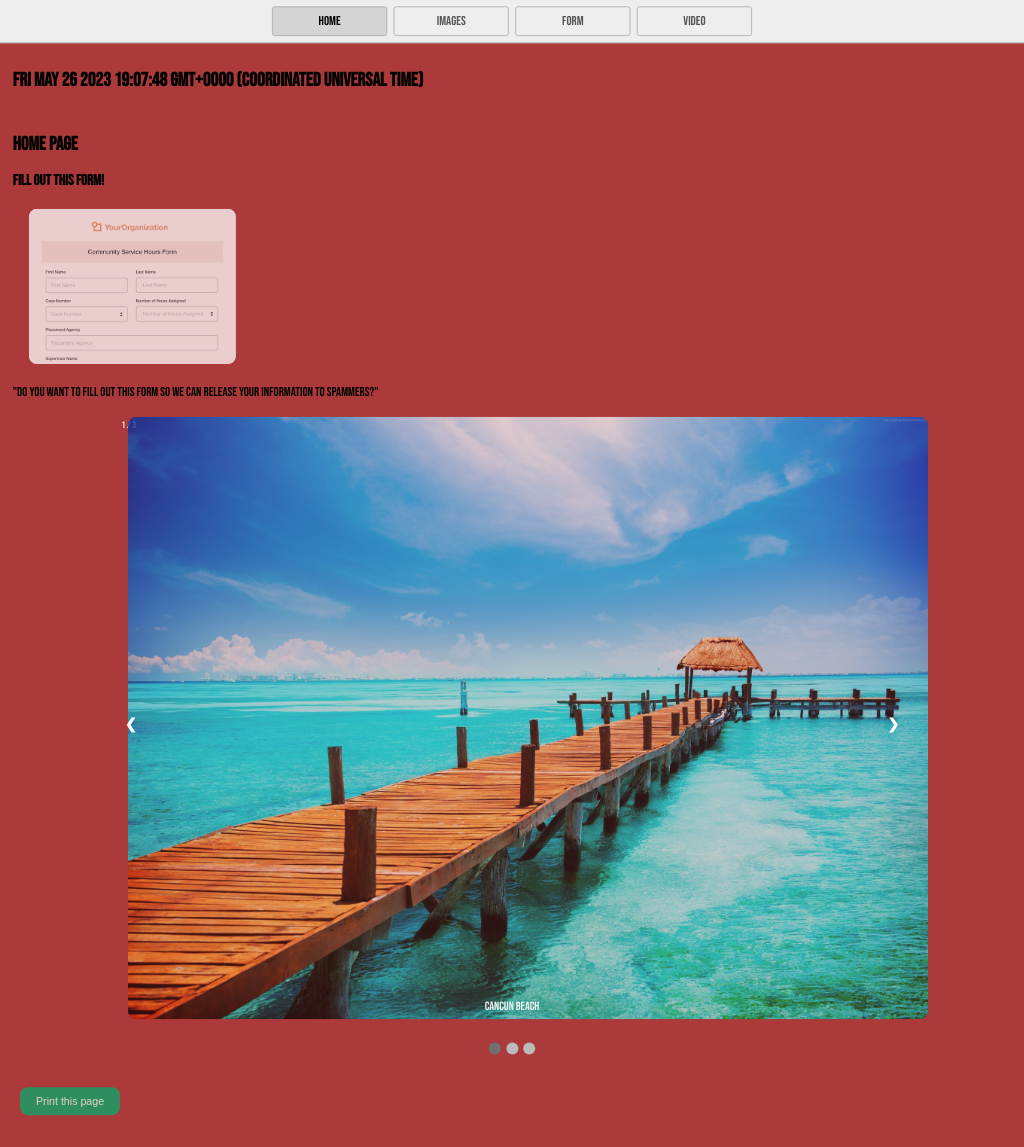
Repository: sebas6292/palmTree-Final
Page: Home.html
The author's editor kept a copy of each file at every save. The page is drawn from the files as they stood at one save, then again after the next save.
The browser window is 1280 px wide. The pictures show the whole page, at 80% of full size.

Above is the page before, as saved 2023-06-03 16:12:09.

### Home.html
<!DOCTYPE html>
<html lang="en">
  <head>
    <title>Jeff's Final</title>
    <meta charset=" UTF-8" />
    <meta name="viewport" content="width=device-width" />
  <link rel="icon" href="/Assets/favicon.jpg" type="image/x-icon">
    <link rel="preconnect" href="https://fonts.googleapis.com">
    <link rel="preconnect" href="https://fonts.gstatic.com" crossorigin>
    <link href="https://fonts.googleapis.com/css2?family=Bebas+Neue&display=swap" rel="stylesheet">
    <link rel="stylesheet" href="styles.css" />
    <script type="module" src="script.js"></script>
  </head>
  <body>
    <nav>
      <a href="/Home.html" aria-current="page">Home</a>
      <a href="/Images.html">Images</a>
      <a href="/Form.html">Form</a>
      <a href="/Video.html">Video</a>
    </nav>
    <main>
      <h1 id="currentDate">

      </h1>

        <br>
      <h1>Home page</h1>
      <div>
        <h3>Fill out this Form!</h3>
        <a
          href="/Form.html"
        >
          <img src="./Assets/form.png" />
        </a>
        <p>"Do you want to fill out this form so we can release your information to spammers?"</p>
      </div>
      <!-- Slideshow container -->
<div class="slideshow-container">

  <!-- Full-width images with number and caption text -->
  <div class="mySlides fade">
    <div class="numbertext">1 / 3</div>
    <img src="/Assets/CancunBeach.jpeg" style="width:100%">
    <div class="text">Cancun Beach</div>
  </div>

  <div class="mySlides fade">
    <div class="numbertext">2 / 3</div>
    <img src="/Assets/PhilipinesBeach.jpeg" style="width:100%">
    <div class="text">Philipines Beach</div>
  </div>

  <div class="mySlides fade">
    <div class="numbertext">3 / 3</div>
    <img src="/Assets/FijiBeach.jpeg" style="width:100%">
    <div class="text">Fiji Beach</div>
  </div>

  <!-- Next and previous buttons -->
  <a class="prev" onclick="plusSlides(-1)">&#10094;</a>
  <a class="next" onclick="plusSlides(1)">&#10095;</a>
</div>
<br>

<!-- The dots/circles -->
<div style="text-align:center">
  <span class="dot" onclick="currentSlide(1)"></span>
  <span class="dot" onclick="currentSlide(2)"></span>
  <span class="dot" onclick="currentSlide(3)"></span>
</div>
    </main>
    <button onclick="window.print()">Print this page</button>
  </body>
</html>

### styles.css
* {
    box-sizing: border-box;
  }

/* Slideshow container */
.slideshow-container {
  max-width: 1000px;
  position: relative;
  margin: auto;
}

/* Hide the images by default */
.mySlides {
  display: none;
}

/* Next & previous buttons */
.prev, .next {
  cursor: pointer;
  position: absolute;
  top: 50%;
  width: auto;
  margin-top: -22px;
  padding: 16px;
  color: white;
  font-weight: bold;
  font-size: 18px;
  transition: 0.6s ease;
  border-radius: 0 3px 3px 0;
  user-select: none;
}

/* Position the "next button" to the right */
.next {
  right: 0;
  border-radius: 3px 0 0 3px;
}

/* On hover, add a black background color with a little bit see-through */
.prev:hover, .next:hover {
  background-color: rgba(0,0,0,0.8);
}

/* Caption text */
.text {
  color: #f2f2f2;
  font-size: 15px;
  padding: 8px 12px;
  position: absolute;
  bottom: 8px;
  width: 100%;
  text-align: center;
}

/* Number text (1/3 etc) */
.numbertext {
  color: #f2f2f2;
  font-size: 12px;
  padding: 8px 12px;
  position: absolute;
  top: 0;
}

/* The dots/bullets/indicators */
.dot {
  cursor: pointer;
  height: 15px;
  width: 15px;
  margin: 0 2px;
  background-color: #bbb;
  border-radius: 50%;
  display: inline-block;
  transition: background-color 0.6s ease;
}

.active, .dot:hover {
  background-color: #717171;
}

/* Fading animation */
.fade {
  animation-name: fade;
  animation-duration: 1.5s;
}

@keyframes fade {
  from {opacity: .4}
  to {opacity: 1}
}


  body {
    margin: 0;
    font-family: 'Bebas Neue', sans-serif;
    color: black;
    background-color: white;
  }
  @keyframes body {
    0%   {background-color: white;}
    25%  {background-color: brown}
    50%  {background-color: purple;}
    100% {background-color: black;}
  }
  body {
    background-color: white;
    animation-name: body;
    animation-duration: 30s;
  }

  nav {
    display: flex;
    flex-wrap: wrap;
    align-items: center;
    justify-content: center;
    padding: 0.5rem;
    gap: 0.5rem;
    border-bottom: solid 1px #aaa;
    background-color: #eee;
  }

  nav a {
    display: inline-block;
    min-width: 9rem;
    padding: 0.5rem;
    border-radius: 0.2rem;
    border: solid 1px #aaa;
    text-align: center;
    text-decoration: none;
    color: #555;
  }

  nav a[aria-current='page'] {
    color: #000;
    background-color: #d4d4d4;
  }

  main {
    padding: 1rem;
  }

  h1 {
    font-weight: bold;
    font-size: 1.5rem;
  }
  .form-title {
    margin-left: 57px;
    color: whitesmoke;
    padding-top: 15px;
  }

  .bg-img {
    background-image: url('/Assets/pier2.jpeg');
    height: 500px;
    border-radius: 10px;
  }

  .form-container {
    position: absolute;
    margin: 0 0 0 40px;
    max-width: 400px;
    padding: 24px;
    background-color: whitesmoke;
    border-radius: 10px;
  }
  input[type=text], input[type=password], input[id=comment] {
    width: 100%;
    padding: 10px;
    border: none;
    background: #f1f1f1;
    border-radius: 5px;
  }

  button {
    background-color: #04AA6D;
    padding: 10px 20px 10px 20px;
    margin: 20px 0px 40px 25px;
    border-radius: 10px;
    cursor: pointer;
    color: white;
    border: none;
    opacity: 0.75;
  }
  button:hover {
    opacity: 1.25;
  }
  .btn {
    background-color: #04AA6D;
    color: white;
    margin-bottom: .5rem ;
    padding: 5px 0 5px 0;
    border: none;
    cursor: pointer;
    border-radius: 5px;
    width: 100%;
    opacity: 0.75;
  }
  .btn:hover {
    opacity: 1;
  }
  img {
    border-radius: 10px;
    margin: 5px 0 5px 20px;
    opacity: .75;
  }
  img:hover {
    opacity: 1;
    width: 300px;
  }
  .video-title {
   margin: 0px 0 0 20px;
   padding-top: 20px;
  }

  video {
    margin: 20px 0 0 15px;
    border-radius: 10px;
  }

### script.js
const displayDate = document.getElementById("currentDate");
displayDate.innerHTML = Date();

          let slideIndex = 1;
showSlides(slideIndex);

// Next/previous controls
function plusSlides(n) {
  showSlides(slideIndex += n);
}

// Thumbnail image controls
function currentSlide(n) {
  showSlides(slideIndex = n);
}

function showSlides(n) {
  let i;
  let slides = document.getElementsByClassName("mySlides");
  let dots = document.getElementsByClassName("dot");
  if (n > slides.length) {slideIndex = 1}
  if (n < 1) {slideIndex = slides.length}
  for (i = 0; i < slides.length; i++) {
    slides[i].style.display = "none";
  }
  for (i = 0; i < dots.length; i++) {
    dots[i].className = dots[i].className.replace(" active", "");
  }
  slides[slideIndex-1].style.display = "block";
  dots[slideIndex-1].className += " active";
}

After the next save:
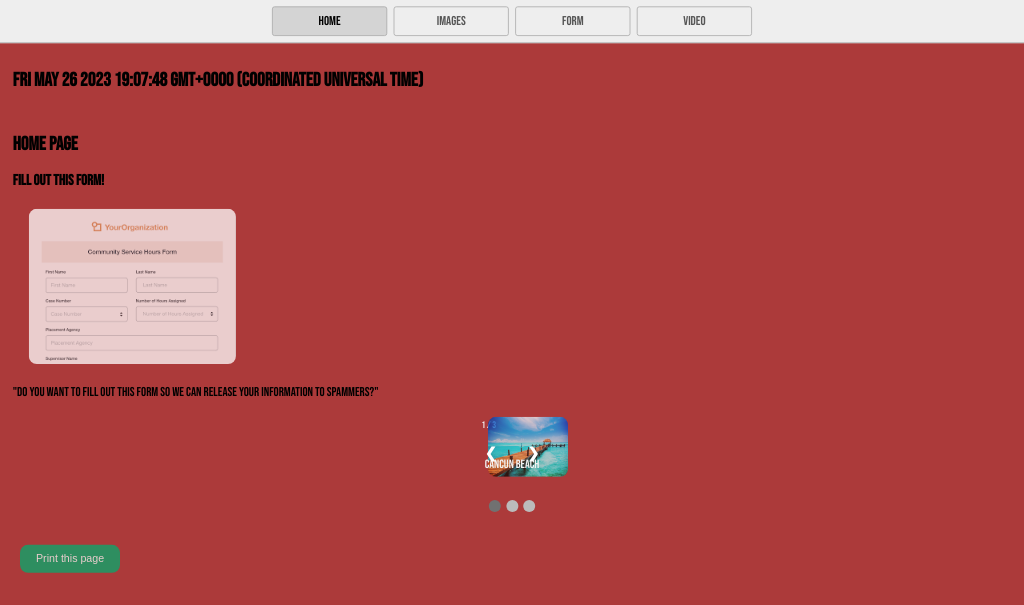
Saved 30 min 25 s later.
--- a/styles.css
+++ b/styles.css
@@ -4,7 +4,7 @@
 
 /* Slideshow container */
 .slideshow-container {
-  max-width: 1000px;
+  max-width: 100px;
   position: relative;
   margin: auto;
 }
